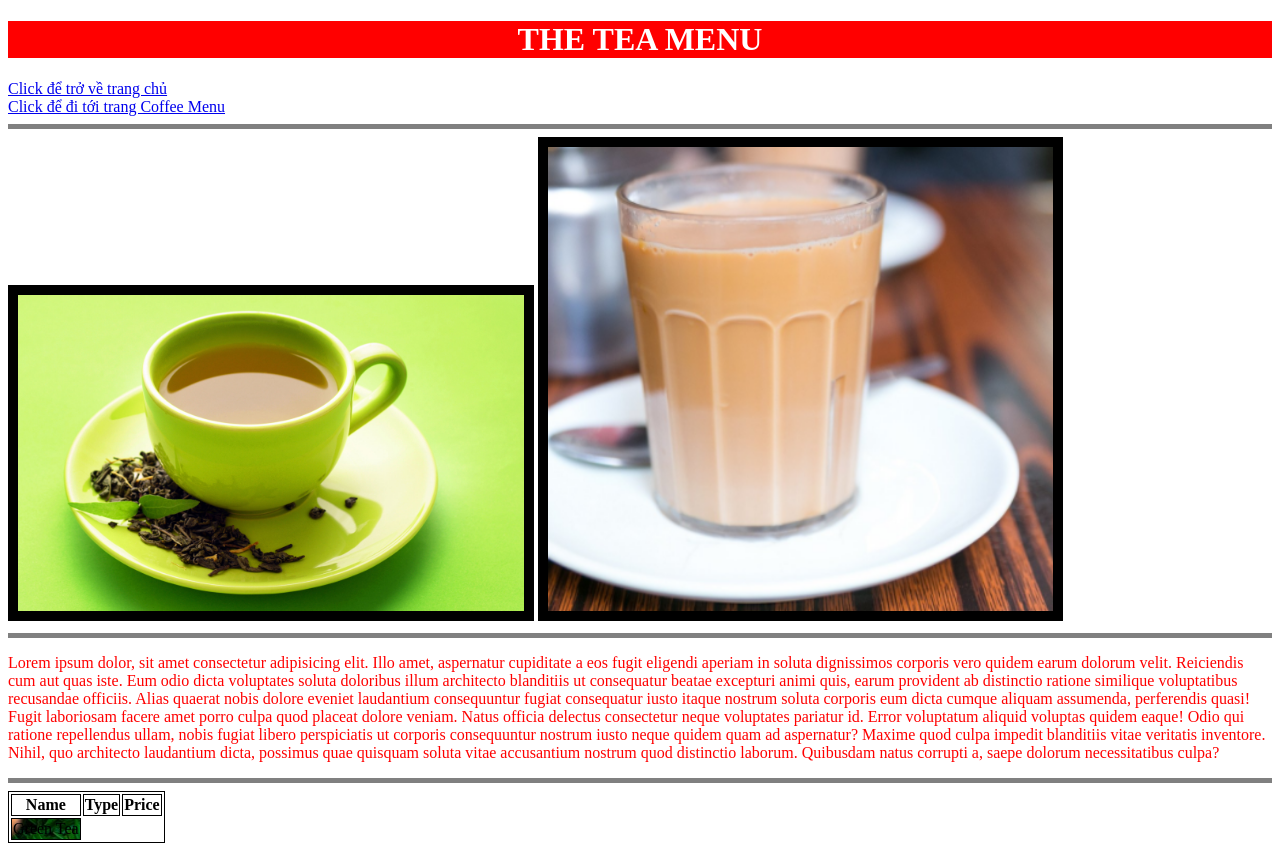
Repository: giahuy405/HomeWork_Coffee
Page: tea.html
These files come from the project's save history. The page is drawn as it stood at one moment and after a run of saves; the edit follows.
The browser window is 1280 px wide. The pictures show the whole page.

Above is the page before, as saved 2022-09-07 11:18:37.

After the next 2 saves:
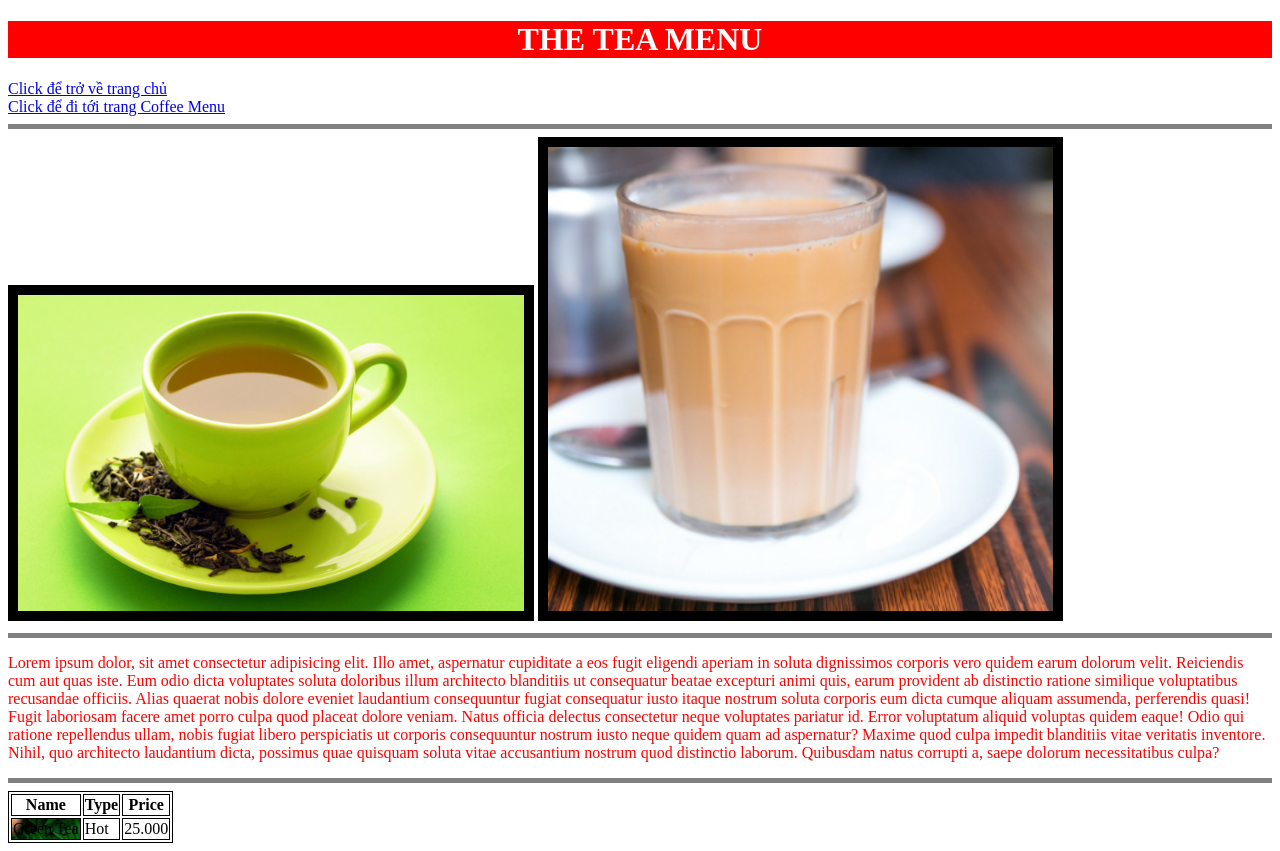
The 2 saves are shown as one change because they came seconds apart.
The last was saved 15 min 36 s later.
--- a/tea.html
+++ b/tea.html
@@ -30,6 +30,8 @@
         </tr>
         <tr>
             <td colspan="2" style="background-image: url(./img/greentea.jpg);text-align: right;">Green Tea</td>
+            <td>Hot</td>
+            <td>25.000</td>
         </tr>
     </table>
 </body>
